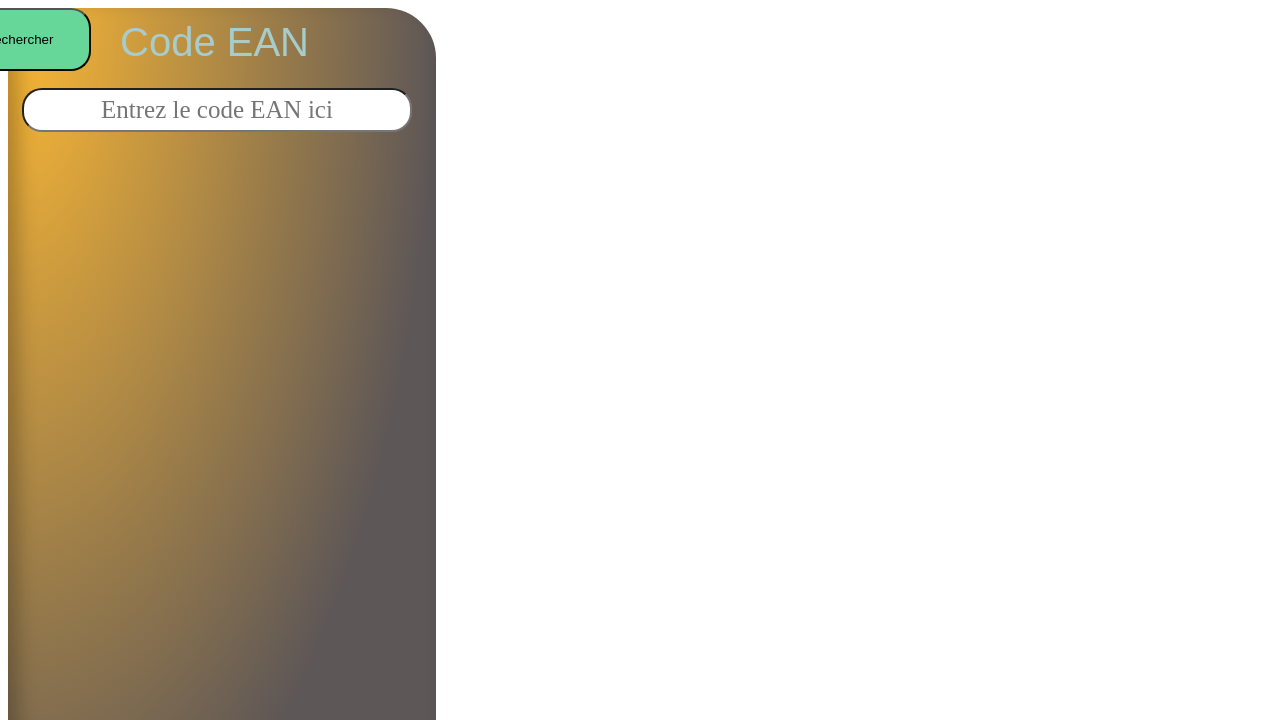
Repository: Zouz01/exo-toucan
Page: index.html
The author's editor kept a copy of each file at every save. The page is drawn from the files as they stood at one save, then again after the next save.
The browser window is 1280 px wide. The pictures show the whole page.

Above is the page before, as saved 2023-09-21 11:43:56.

### index.html
<!DOCTYPE html>
<html lang="fr">
<head>
    <meta charset="UTF-8">
    <meta name="viewport" content="width=device-width, initial-scale=1">
    <title>TOUCAN API</title>
    <link rel="stylesheet" type="text/css" href="main.css">
</head>
<body>
    <div class="container">
        <!-- Formulaire de recherche -->
        <form id="product-form" action="https://fr.openfoodfacts.org/api/v0/product/<<code_EAN_13>>" method="POST">
            <label for="code_ean">Code EAN </label>
            <input type="text" id="code_ean" name="code_ean" placeholder="Entrez le code EAN ici"><!-- Champ de saisie du code EAN -->
            <button type="submit" id="submit">Rechercher</button> <!-- Bouton de soumission du formulaire -->
        </form>

        <!-- Conteneur pour l'affichage de l'image et des informations -->
        <div><img id="img"></div>
        <div id="product-info"></div>
    </div>

    <!-- Inclusion du script JavaScript -->
    <script src="main.js"></script>
</body>
</html>

### main.css
body {
    font-family: Arial, sans-serif;

}

.container {
    width: 428px;
    height: 926px;
   position: fixed;
    text-align: center;

    background: radial-gradient(100% 100% at 0% 0%, #FFBA33 0%, #5e5757 100%);
   /* background: radial-gradient(100% 100% at 0% 0%, #A6A6A6 0.46%, #000000 78.06%);
    background: linear-gradient(167.94deg, #7AA77E 0%, #476F72 100%);*/

    opacity: 1.8;
    box-shadow: inset 10px -10px 20px rgba(0, 0, 0, 0.25);
    border-radius: 50px;
}

/* position ecriture label*/
label {

    top: 20px;
    font-size: 40px;
    color: rgb(167, 204, 204);
   left: 120px;
    position :fixed;



}
/*position img*/
#img {
    position: relative;
   border-radius: 20px;
   width: 20%;
   top: 600px;
}

/*position retour d'information produit*/
 #product-info {
    position: absolute;
    padding: 20px;
    color:rgb(171, 221, 205);
    top: 100px;

 }
h2 {
    font-size: xx-large;
    color: #7af3b1;
}
p{
    font-size: larger ;
}

/* Champ de saisie pour entrer le code EAN */
#code_ean {
    position: absolute;
   border-radius: 20px;
    width: 382px;
    height: 38px;
   right:24px ;
    top: 80px;
    font-family: 'Montserrat';
font-style: normal;
font-weight: 500;
font-size: 25px;
line-height: 30px;
text-align: center;

color: #0f0d0d;



}

/* Bouton de recherche */
button[type="submit"] {
    position: absolute;
    width: 144px;
    height: 63px;
  background-color: #67d699;
    top: 0px;
    border-radius: 20px;
    right: 345px;



}




/* styles pour les écrans plus grands */
/* @media (min-width: 900px) {
     .container {
        width: 1860px;
        height: 900px;
     }
        button[type="submit"] {
            position: absolute;
    width: 184px;
    height: 83px;
  background-color: #67d699;
    bottom: 50px;
    border-radius: 20px;
    right: 870px;
        }
        #code_ean {
            position: absolute;
           border-radius: 20px;
            width: 1382px;
            height: 68px;
           right:15% ;
            top: 80px;
            font-family: 'Montserrat';
        font-style: normal;
        font-weight: 500;
        font-size: 25px;
        line-height: 30px;
        text-align: center;
        color: #0f0d0d;

 }
 label {

    top: 20px;
    font-size: 40px;
    color: rgb(167, 204, 204);
   left: 800px;
    position :fixed;

}
#product-info {
    position: absolute;
    padding: 50px;
    color:rgb(171, 221, 205);
    top: 200px;
    left: 30%;

 }
 #img {
    position: relative;
   border-radius: 20px;
   max-width: 20%;
   max-height: 10%;
   top: 230px;
   right: 30%;
}
h2 {
    font-size: 50px;
    color: aqua;
}
p{
    font-size: 30px ;
}
} */

### main.js
const form = document.querySelector("#product-form"); //Interagit avec  HTML avec l'id "product-form"
const code_ean = document.querySelector("#code_ean"); //Interagit avec  HTML  avec l'id "code_ean"
const productInfo = document.querySelector("#product-info"); //Interagit avec  HTML avec l'id "les informations produits"
const img = document.querySelector("#img");  //Interagit avec  HTML avec l'id "les images"
const submit = document.querySelector("#submit");  //Interagit avec  HTML avec l'id "Boutton envoi"


submit.addEventListener("click", (e) => { // Ecouteur d'événement sur le bouton d'envoi qui écoute un événement de clic
    e.preventDefault();

    // validation du code
    if (code_ean.value.length !== 13) {
        alert("Le code EAN doit contenir 13 chiffres.");// Le script vérifie si la valeur du champ de saisie du code EAN comporte 13 caractères
        return;                                         // Sinon, il affiche une alerte indiquant que le code EAN doit contenir 13 chiffres.
    }else

// Si code correct alors ...
    // Récupére les informations du produit depuis l'API
    fetch("https://fr.openfoodfacts.org/api/v0/product/" + code_ean.value) //Méthode pour envoyer une requête GET à l'API
        .then((reponse) => reponse.json())   //  Convertit  la réponse de l'API en JSON
        .then((data) => {                    //  Pour accéder aux données.
            let product = data.product;
            img.src = product.image_url;


             //Affiche les informations sur le produit, ( avec innerHTML on definila source de l'éléments)
             productInfo.innerHTML =`
             <h2><b>Nom</b> : ${product.abbreviated_product_name}</h2>
             <p><b>Marque</b> : ${product.brands}</p>
             <p><b>Catégorie</b> : ${product.categories}</p>
             <p><b>Ingrédients</b> : ${product.ingredients_text}</p>`
             console.log (data)
        }); // ${} veut dire interpreter

});

   /*fecht veut dire aller chercher*/

After the next save:
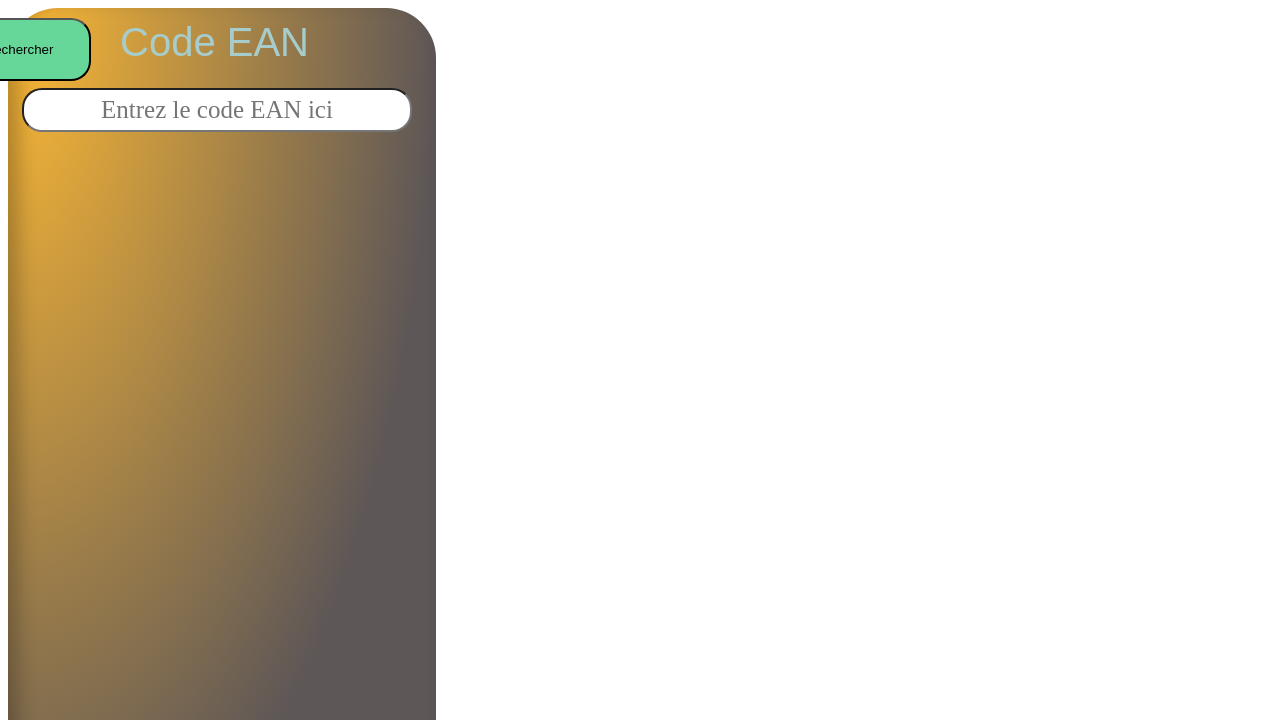
Saved 7 s later.
--- a/main.css
+++ b/main.css
@@ -81,7 +81,7 @@ button[type="submit"] {
     width: 144px;
     height: 63px;
   background-color: #67d699;
-    top: 0px;
+    top: 10px;
     border-radius: 20px;
     right: 345px;
 
